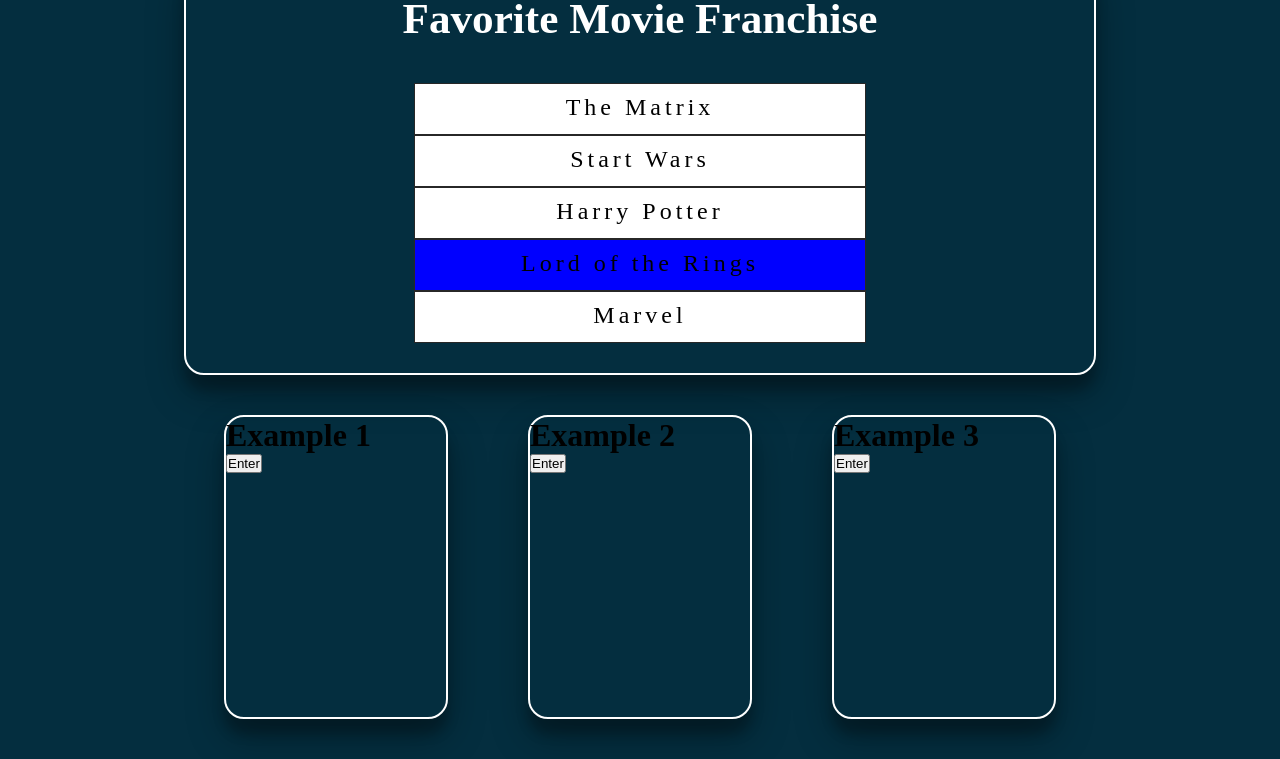
Repository: Ellisvelandia/DOM-Manipulation
Page: index.html
An editor plug-in stored every save of this project. The page is shown before and after a run of saves, followed by the edit.
The browser window is 1280 px wide. The pictures show the whole page.

Above is the page before, as saved 2022-08-22 16:56:52.

### index.html
<!DOCTYPE html>
<html lang="en">
  <head>
    <meta charset="UTF-8" />
    <meta http-equiv="X-UA-Compatible" content="IE=edge" />
    <meta name="viewport" content="width=device-width, initial-scale=1.0" />
    <link rel="stylesheet" href="style.css" />
    <title>Master DOM Manipulation</title>
  </head>
  <body>
    <div>

      <div class="container">
        <h1 id="main-heading">Favorite Movie Franchise</h1>
        <ul>
          <li class="list-items">The Matrix</li>
          <li class="list-items">Start Wars</li>
          <li class="list-items">Harry Potter</li>
          <li class="list-items">Lord of the Rings</li>
          <li class="list-items">Marvel</li>
        </ul>
      </div>

      <div class="container_event_listener">
        <div class="boxes box-1">
          <h1 id="heading">Example 1</h1>
          <button onclick="alert('I love Javascript')">Enter</button>
        </div>
        <div class="boxes box-2">
          <h1 id="heading">Example 2</h1>
          <button class="btn-2">Enter</button>
        </div>
        <div class="boxes box-3">
          <h1 id="heading">Example 3</h1>
          <button class="btn-3">Enter</button>
        </div>
      </div>

    </div>


    <script src="app.js"></script>
  </body>
</html>

### style.css
* {
  padding: 0;
  margin: 0;
}

body {
  background-color: #042e3f;
  max-width: 100%;
  height: 100vh;
  display: flex;
  justify-content: center;
  align-items: center;
}

.container {
  display: flex;
  align-items: center;
  flex-direction: column;
  justify-content: center;
  border: 1px solid transparent;
  padding: 5px;
  border-radius: 20px;
  height: 400px;

  border: 2px solid #fff;
  box-shadow: rgba(0, 0, 0, 0.3) 0px 19px 38px,
    rgba(0, 0, 0, 0.22) 0px 15px 12px;
}

#main-heading {
  font-size: 2.7rem;
  font-weight: 900;
  color: #fff;
  padding-bottom: 40px;
}

.list-items {
  text-align: center;
  color: #000;
  font-size: 1.5rem;
  font-weight: 300;
  background-color: #fff;
  padding-top: 10px;
  width: 450px;
  height: 40px;
  border: rgb(39, 39, 39) solid 1px;
  letter-spacing: 4px;
}

ul {
  list-style: none;
}

.container_event_listener {
  display: flex;
  align-items: center;
  justify-content: center;
}

.boxes {
  max-width: 100%;
  margin: 5px;
  border: 1px solid transparent;
  border-radius: 20px;
  height: 300px;
  margin: 40px;
  width: 220px;
  border: 2px solid #fff;
  box-shadow: rgba(0, 0, 0, 0.3) 0px 19px 38px,
    rgba(0, 0, 0, 0.22) 0px 15px 12px;
}

#heading {
  color: ;
}

### app.js
// // // const title = document.querySelector("#main-heading");

// // // title.style.color = "red";

// // // console.log(title);

// // // const listItems = document.querySelectorAll(".list-items");

// // // for (i = 0; i < listItems.length; i++) {
// // //   listItems[i].style.fontSize = "2rem";
// // // }

// // // console.log(listItems);

// // // Creating Element

// // const ul = document.querySelector("ul");
// // const li = document.querySelector("li");

// // // Adding Elements

// // ul.append(li)

// // // Modifying the text

// // // const firstListItem = document.querySelector('.list-items');

// // // console.log (firstListItem.innerText);
// // // console.log (firstListItem.textContent);
// // // console.log (firstListItem.innerHTML);

// // li.innerText = 'x-men';

// // // Modifying Attributes & classes

// // li.classList.remove('list-items')

// // console.log(li.classList.contains('list-items'));

// // // Remove Elements

// // li.remove();

// // traverse the DOM

// // Parent Node Traversal

// let ul = document.querySelector("ul");

// // console.log(ul.parentNode.parentNode);
// // console.log(ul.parentElement.parentElement);

// const html = document.documentElement;

// console.log(html.parentNode);
// console.log(html.parentElement)

// Child Node Traversal

let ul = document.querySelector('ul');

// console.log(ul.childNodes);
// console.log(ul.firstChild);
// console.log(ul.lastChild);

ul.childNodes[7].style.backgroundColor = 'blue'

// console.log (ul.children);
// console.log(ul.firstElementChild);
// console.log(ul.lastElementChild);

// Sibling  Traversal

// let ul = document.querySelector("ul");
// const div = document.querySelector("div");

// console.log(div.childNodes)

// console.log(ul.previousElementSibling);
// console.log(ul.nextElementSibling);

After the next 4 saves:
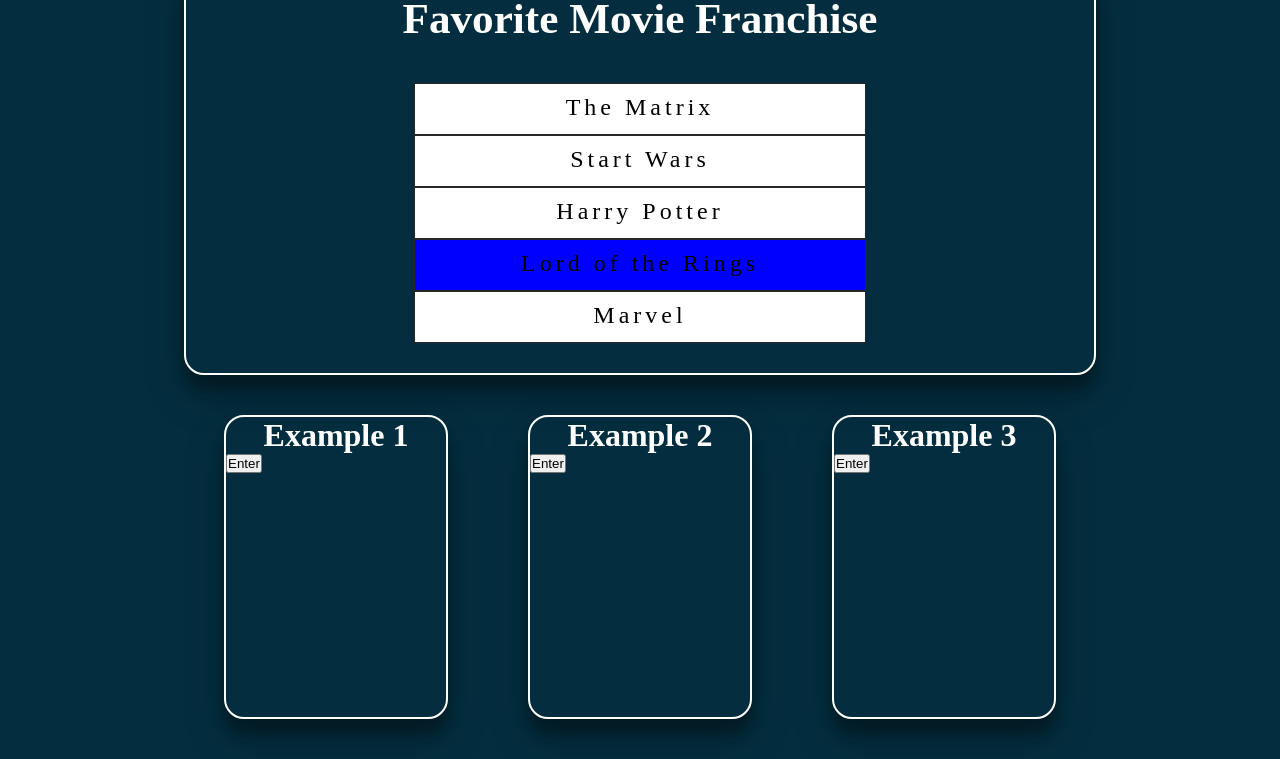
The 4 saves are shown as one change because they came seconds apart.
The last was saved 8 s later.
--- a/style.css
+++ b/style.css
@@ -71,5 +71,6 @@
 }
 
 #heading {
-  color: ;
+  color: #fff;
+  text-align: center;
 }
